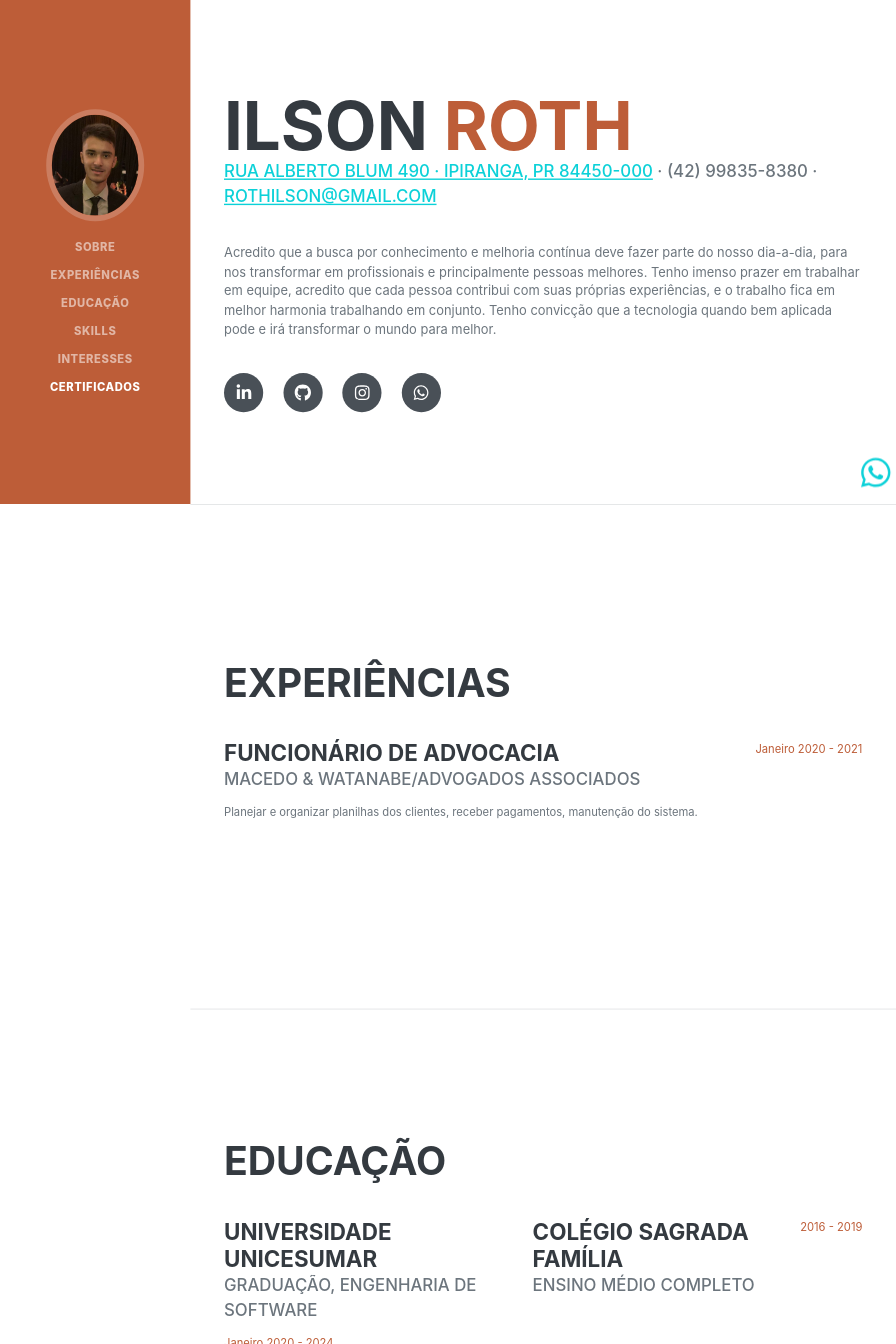
Repository: JuniorRoth/Curriculo-Web
Page: public/index.html
These files come from the project's save history. The page is drawn as it stood at one moment and after the next save; the edit follows.
The browser window is 1280 px wide. The pictures show the part of the page from y = 0 to 1920 px (the page is 4325 px tall), at 70% of full size.
Some web fonts or font styles are not loaded; a fallback is used. Some web libraries are served in a nearby version.

Above is the page before, as saved 2023-02-08 11:13:48.

### public/index.html
<!DOCTYPE html>
<html lang="pt-br">
    <head>
        <meta charset="utf-8" />
        <meta name="viewport" content="width=device-width, initial-scale=1, shrink-to-fit=no" />
        <meta name="description" content="" />
        <meta name="author" content="Ilson Fernando Roth Junior" />
        <title>Currículo Ilson Roth</title>
        <link rel="icon" type="image/x-icon" href="assets/img/favicon.ico" />
        <!-- Font Awesome icons (free version)-->
        <script src="https://use.fontawesome.com/releases/v6.1.0/js/all.js" crossorigin="anonymous"></script>
        <!-- Google fonts-->
        <link href="https://fonts.googleapis.com/css?family=Saira+Extra+Condensed:500,700" rel="stylesheet" type="text/css" />
        <link href="https://fonts.googleapis.com/css?family=Muli:400,400i,800,800i" rel="stylesheet" type="text/css" />
        <!-- Core theme CSS (includes Bootstrap)-->
        <link rel="stylesheet" href="https://unpkg.com/aos@next/dist/aos.css" />
        <link href="css/styles.css" rel="stylesheet" />
        <link href="css/mystyles.css" rel="stylesheet" />
    </head>
    <body id="page-top">

        <!-- fab-->
        <div class="fixed-bottom text-end p-2">
            <a class="social-icon icon-fab" href="https://www.linkedin.com/in/juninho-roth-bb1896225/"><i class="fab fa-whatsapp"></i></a>
        </div>
        <!-- Navigation-->
        <nav class="navbar navbar-expand-lg navbar-dark bg-primary fixed-top" id="sideNav">
            <a class="navbar-brand js-scroll-trigger" href="#page-top">
                <span class="d-block d-lg-none">Ilson Fernando Roth Junior</span>
                <span class="d-none d-lg-block"><img class="img-fluid img-profile rounded-circle mx-auto mb-2" src="assets/img/profile.jpg" alt="..." /></span>
            </a>
            <button class="navbar-toggler" type="button" data-bs-toggle="collapse" data-bs-target="#navbarResponsive" aria-controls="navbarResponsive" aria-expanded="false" aria-label="Toggle navigation"><span class="navbar-toggler-icon"></span></button>
            <div class="collapse navbar-collapse" id="navbarResponsive">
                <ul class="navbar-nav">
                    <li class="nav-item"><a class="nav-link js-scroll-trigger" href="#about">Sobre</a></li>
                    <li class="nav-item"><a class="nav-link js-scroll-trigger" href="#experience">Experiências</a></li>
                    <li class="nav-item"><a class="nav-link js-scroll-trigger" href="#education">Educação</a></li>
                    <li class="nav-item"><a class="nav-link js-scroll-trigger" href="#skills">Skills</a></li>
                    <li class="nav-item"><a class="nav-link js-scroll-trigger" href="#interests">Interesses</a></li>
                    <li class="nav-item"><a class="nav-link js-scroll-trigger" href="#awards">Certificados</a></li>
                </ul>
            </div>
        </nav>
        <!-- Page Content-->
        <div class="container-fluid p-0">
            <!-- About-->
            <section class="resume-section" id="about">
                <div class="resume-section-content">
                    <h1 class="mb-0">
                        Ilson
                        <span class="text-primary">Roth</span>
                    </h1>
                    <div class="subheading mb-5">
                        <a href="https://www.google.com/maps/search/?api=1&query=Rua Alberto Blum 490 Ipiranga PR 84450-000">Rua Alberto Blum 490 · Ipiranga, PR 84450-000</a> · (42) 99835-8380 ·
                        <a href="mailto:rothilson@gmail.com">rothilson@gmail.com</a>
                    </div>
                    <p class="lead mb-5">Acredito que a busca por conhecimento e melhoria contínua deve fazer parte do nosso dia-a-dia, para nos transformar em profissionais e principalmente pessoas melhores. Tenho imenso prazer em trabalhar em equipe, acredito que cada pessoa contribui com suas próprias experiências, e o trabalho fica em melhor harmonia trabalhando em conjunto. Tenho convicção que a tecnologia quando bem aplicada pode e irá transformar o mundo para melhor.</p>
                    <div class="social-icons">
                        <a class="social-icon" href="https://www.linkedin.com/in/juninho-roth-bb1896225/"><i class="fab fa-linkedin-in"></i></a>
                        <a class="social-icon" href="https://github.com/JuniorRoth"><i class="fab fa-github"></i></a>
                        <a class="social-icon" href="https://www.instagram.com/roth_juninho/?next=%2F"><i class="fab fa-instagram"></i></a>
                        <a class="social-icon icon-fab" href="https://www.linkedin.com/in/juninho-roth-bb1896225/"><i class="fab fa-whatsapp"></i></a>
                    </div>
                </div>
            </section>
            <hr class="m-0" />
            <!-- Experience-->
            <section class="resume-section" id="experience">
                <div class="resume-section-content">
                    <h2 data-aos="fade-right" class="mb-5">Experiências</h2>
                    <div class="d-flex flex-column flex-md-row justify-content-between mb-5">
                        <div class="flex-grow-1">
                            <h3 data-aos="fade-left" class="mb-0">Funcionário de Advocacia</h3>
                            <div data-aos="fade-left" class="subheading mb-3">Macedo & Watanabe/Advogados associados</div>
                            <p data-aos="fade-left" class="mb-0">Planejar e organizar planilhas dos clientes, receber pagamentos, manutenção do sistema.</p>
                        </div>
                        <div class="flex-shrink-0"><span class="text-primary">Janeiro 2020 - 2021</span></div>
                    </div>
                </div>
            </section>
            <hr class="m-0" />
            <!-- Education-->
            <section class="resume-section" id="education">
                <div class="resume-section-content">
                    <h2 data-aos="fade-right" class="mb-5">Educação</h2>
                    <div class="d-flex flex-column flex-md-row justify-content-between mb-5">
                        <div class="flex-grow-1">
                            <h3 data-aos="fade-left" class="mb-0">Universidade Unicesumar</h3>
                            <div data-aos="fade-left" class="subheading mb-3">Graduação, Engenharia de Software</div>
                        <div data-aos="fade-left" class="flex-shrink-0"><span class="text-primary">Janeiro 2020 - 2024</span></div>
                    </div>
                    <div class="d-flex flex-column flex-md-row justify-content-between">
                        <div class="flex-grow-1">
                            <h3 data-aos="fade-left" class="mb-0">Colégio Sagrada Família</h3>
                            <div data-aos="fade-left" class="subheading mb-3">Ensino Médio Completo</div>
                        </div>
                        <div data-aos="fade-left" class="flex-shrink-0"><span class="text-primary">2016 - 2019</span></div>
                    </div>
                </div>
            </section>
            <hr class="m-0" />
            <!-- Skills-->
            <section class="resume-section" id="skills">
                <div class="resume-section-content">
                    <h2 data-aos="fade-right" class="mb-5">Skills</h2>
                    <div data-aos="fade-left" class="subheading mb-3">Programação Linguagens & Ferramentas</div>
                    <ul class="list-inline dev-icons">
                        <li data-aos="fade-left" class="list-inline-item"><i class="fab fa-html5"></i></li>
                        <li data-aos="fade-left" class="list-inline-item"><i class="fab fa-css3-alt"></i></li>
                        <li data-aos="fade-left" class="list-inline-item"><i class="fab fa-js-square"></i></li>
                    </ul>
                    <div data-aos="fade-right" class="subheading mb-3">Trabalho</div>
                    <ul class="fa-ul mb-0">
                        <li>
                            <span data-aos="fade-left" class="fa-li"><i class="fas fa-check"></i></span>
                            Construções de Aplicações Web
                        </li>
                        <li>
                            <span data-aos="fade-left" class="fa-li"><i class="fas fa-check"></i></span>
                            Contruções de Aplicações Responsivas
                        </li>
                        <li>
                            <span data-aos="fade-left" class="fa-li"><i class="fas fa-check"></i></span>
                            Framework - Bootstrap
                        </li>
                    </ul>
                </div>
            </section>
            <hr class="m-0" />
            <!-- Interests-->
            <section class="resume-section" id="interests">
                <div class="resume-section-content">
                    <h2 data-aos="fade-right" class="mb-5">Interesses</h2>
                    <p data-aos="fade-left" class="mb-0">Em busca de uma oportunidade para desenvolver e melhorar meus conhecimentos, e também algo que possa me instruir de forma crescente e contínua, visando sempre o crescimento entre mim e a empresa.</p>

                    <p data-aos="fade-left" class="mb-0">Meu objetivo é atuar na área de TI, preferencialmente como programador(Front-End).</p>
                </div>
            </section>
            <hr class="m-0" />
            <!-- Awards-->
            <section class="resume-section" id="awards">
                <div class="resume-section-content">
                    <h2 data-aos="fade-right" class="mb-5">Certificados</h2>
                    <ul class="fa-ul mb-0">
                        <li>
                            <span data-aos="fade-left" class="fa-li"><i class="fas fa-trophy text-warning"></i></span>
                            Curso Introdução ao HTML 5.
                        </li>
                        <li>
                            <span data-aos="fade-left" class="fa-li"><i class="fas fa-trophy text-warning"></i></span>
                            Introdução a informática- word, excel, e-mail e internet.
                        </li>
                        <li>
                            <span data-aos="fade-left" class="fa-li"><i class="fas fa-trophy text-warning"></i></span>
                            Curso Web Moderno JavaScript + Projetos.
                        </li>
                    </ul>
                </div>
            </section>
        </div>
        <!-- Bootstrap core JS-->
        <script src="https://cdn.jsdelivr.net/npm/bootstrap@5.1.3/dist/js/bootstrap.bundle.min.js"></script>
        <!-- Core theme JS-->
        <script src="js/scripts.js"></script>
        <script src="https://unpkg.com/aos@next/dist/aos.js"></script>
        <script>
            AOS.init();
        </script>
    </body>
</html>

### public/css/mystyles.css
.icon-fab{
    font-size: 300%;
}

### public/js/scripts.js
/*!
* Start Bootstrap - Resume v7.0.5 (https://startbootstrap.com/theme/resume)
* Copyright 2013-2022 Start Bootstrap
* Licensed under MIT (https://github.com/StartBootstrap/startbootstrap-resume/blob/master/LICENSE)
*/
//
// Scripts
//

window.addEventListener('DOMContentLoaded', event => {

    // Activate Bootstrap scrollspy on the main nav element
    const sideNav = document.body.querySelector('#sideNav');
    if (sideNav) {
        new bootstrap.ScrollSpy(document.body, {
            target: '#sideNav',
            offset: 74,
        });
    };

    // Collapse responsive navbar when toggler is visible
    const navbarToggler = document.body.querySelector('.navbar-toggler');
    const responsiveNavItems = [].slice.call(
        document.querySelectorAll('#navbarResponsive .nav-link')
    );
    responsiveNavItems.map(function (responsiveNavItem) {
        responsiveNavItem.addEventListener('click', () => {
            if (window.getComputedStyle(navbarToggler).display !== 'none') {
                navbarToggler.click();
            }
        });
    });

});

Loaded but not shown: public/css/styles.css (library)

After the next save:
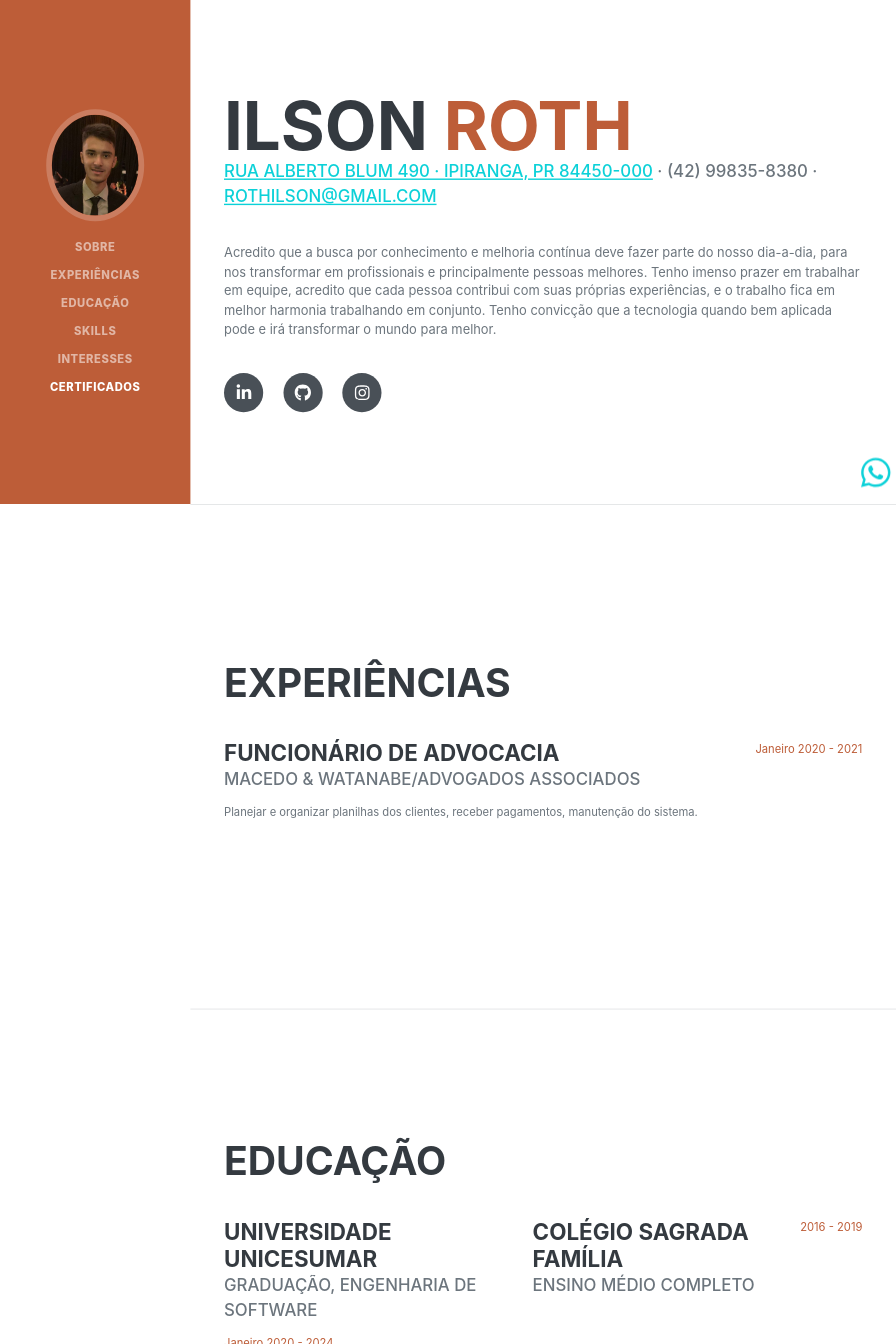
Saved 3 min 28 s later.
--- a/public/index.html
+++ b/public/index.html
@@ -21,7 +21,7 @@
 
         <!-- fab-->
         <div class="fixed-bottom text-end p-2">
-            <a class="social-icon icon-fab" href="https://www.linkedin.com/in/juninho-roth-bb1896225/"><i class="fab fa-whatsapp"></i></a>
+            <a class="social-icon icon-fab" href="https://api.whatsapp.com/send?phone=42998358380"><i class="fab fa-whatsapp"></i></a>
         </div>
         <!-- Navigation-->
         <nav class="navbar navbar-expand-lg navbar-dark bg-primary fixed-top" id="sideNav">
@@ -59,7 +59,6 @@
                         <a class="social-icon" href="https://www.linkedin.com/in/juninho-roth-bb1896225/"><i class="fab fa-linkedin-in"></i></a>
                         <a class="social-icon" href="https://github.com/JuniorRoth"><i class="fab fa-github"></i></a>
                         <a class="social-icon" href="https://www.instagram.com/roth_juninho/?next=%2F"><i class="fab fa-instagram"></i></a>
-                        <a class="social-icon icon-fab" href="https://www.linkedin.com/in/juninho-roth-bb1896225/"><i class="fab fa-whatsapp"></i></a>
                     </div>
                 </div>
             </section>
